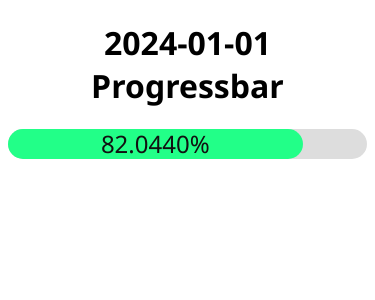
Repository: end888160/end888160.github.io
Page: progress_today.html
These files come from the project's save history. The page is drawn as it stood at one moment and after the next save; the edit follows.
The browser window is 375 px wide. The pictures show the whole page.

Above is the page before, as saved 2024-09-22 00:23:10.

After the next save:
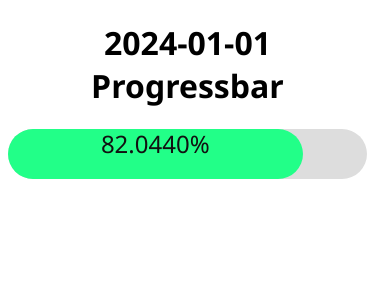
Saved 35 s later.
--- a/progress_today.html
+++ b/progress_today.html
@@ -36,7 +36,7 @@
 	}
 	@media only screen and (max-width: 600px) {
 		#countDownBar {
-			width: 20%;
+			height: 50px;
 		}
 	}
 </style>
